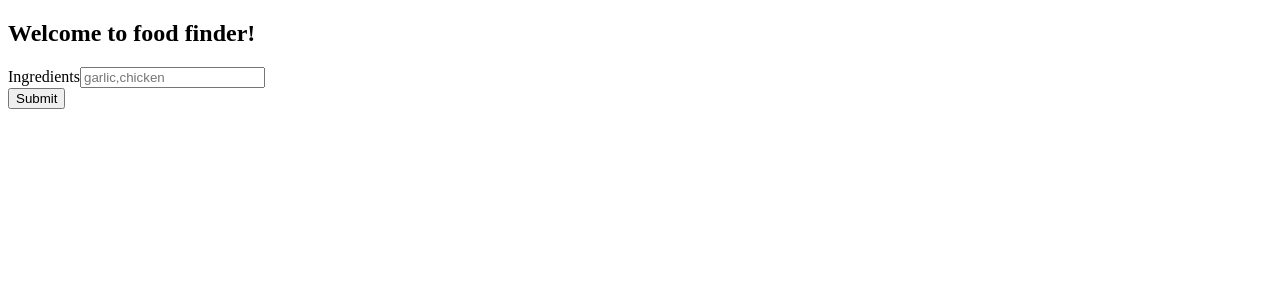
Repository: ratanparmar/receipesearch
Page: /
These files come from the project's save history. The page is drawn as it stood at one moment and after the next save; the edit follows.
The browser window is 1280 px wide. The pictures show the whole page.
The project was rebuilt for these pictures with package versions that can differ from the ones it lists, and the page was loaded fresh each time.

Above is the page before, as saved 2019-12-10 14:26:40.

After the next save:
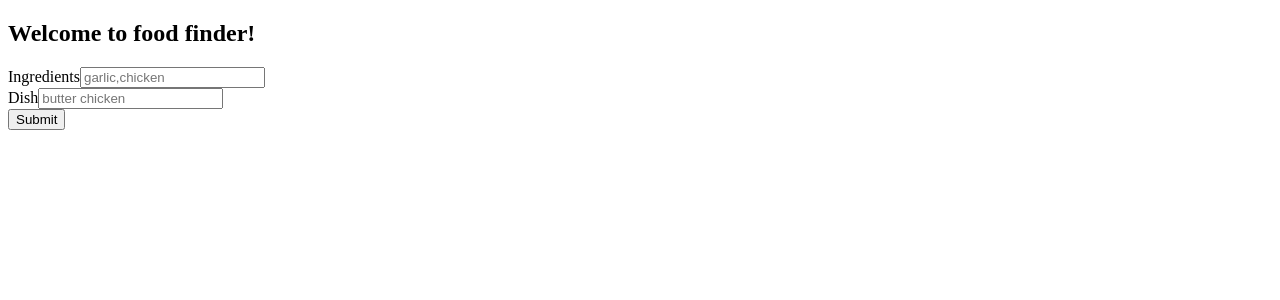
Saved 45 s later.
--- a/src/components/Searchbar.js
+++ b/src/components/Searchbar.js
@@ -11,7 +11,8 @@ class Searchbar extends Component{
                         <FormControl type="text" placeholder='garlic,chicken'/>
                 </FormGroup>
                 <FormGroup>
-
+                    <FormLabel>Dish</FormLabel>
+                    <FormControl type="text" placeholder='butter chicken'/>
                 </FormGroup>
                 <Button >Submit</Button>
             </Form>
